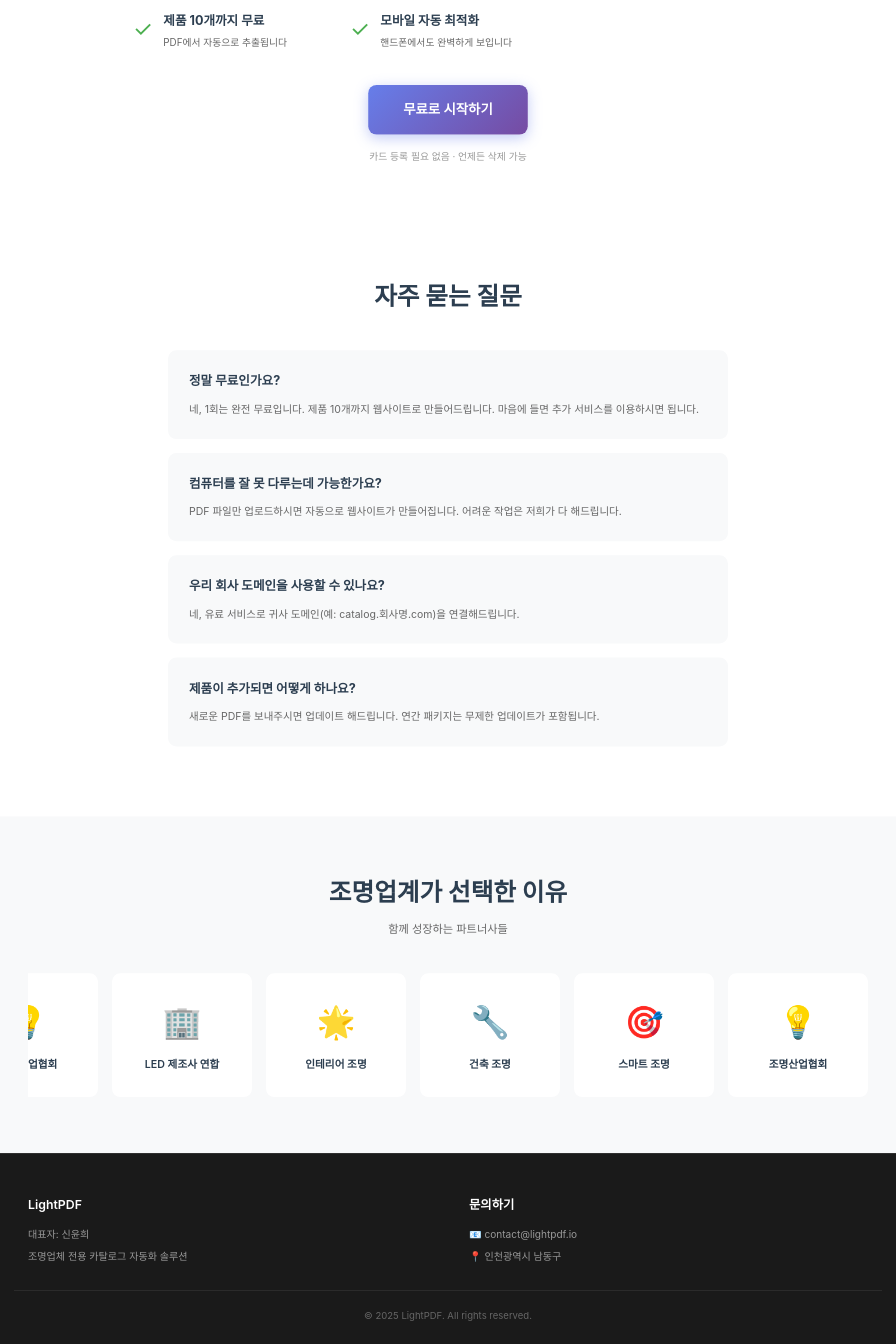
Repository: ororso11/catamaster
Page: frontend/public/index.html
The author's editor kept a copy of each file at every save. The page is drawn from the files as they stood at one save, then again after the next save.
The browser window is 1280 px wide. The pictures show the part of the page from y = 1346 to 3266 px (the page is 3266 px tall before and 3238 px after), at 70% of full size.

Above is the page before, as saved 2025-10-05 19:06:16.

### frontend/public/index.html
<!DOCTYPE html>
<html lang="ko">
<head>
    <meta charset="UTF-8">
    <meta name="viewport" content="width=device-width, initial-scale=1.0">
    <title>LightPDF - 조명업체 전용 카탈로그 자동 웹사이트</title>
    <link rel="stylesheet" href="style.css">
</head>
<body>
    <header>
        <div class="header-container">
            <div class="logo">
                <div class="logo-icon">L</div>
                <span>LightPDF</span>
            </div>
        </div>
    </header>

    <section class="hero">
        <div class="hero-content">
            <h1>PDF 카탈로그를<br>웹사이트로 만들어드립니다</h1>
            <p class="subtitle">조명업체를 위한 가장 쉬운 디지털 전환</p>
            <p class="hero-desc">1회 무료로 경험해보세요. 마음에 드시면 그때 결제하세요.</p>
            <a href="dashboard.html" class="cta-button">지금 무료로 시작하기</a>

            <div class="process-container">
                <div class="process-card">
                    <div class="card-inner card-1">
                        <svg viewBox="0 0 300 180" xmlns="http://www.w3.org/2000/svg">
                            <rect fill="#fafafa" width="300" height="180"/>
                            <rect x="30" y="30" width="240" height="100" rx="8" fill="white" stroke="#ddd" stroke-width="2" stroke-dasharray="6,3"/>
                            <text class="upload-icon" x="150" y="80" text-anchor="middle" font-size="35">📄</text>
                            <text x="150" y="105" text-anchor="middle" fill="#666" font-size="11">PDF 업로드</text>
                            <rect x="120" y="115" width="60" height="20" rx="4" fill="#2196F3"/>
                            <text x="150" y="130" text-anchor="middle" fill="white" font-size="10">파일 선택</text>
                        </svg>
                    </div>
                    <div class="card-description">
                        <h3>1. PDF 올리기</h3>
                        <p>기존 카탈로그 PDF 파일만<br>업로드하시면 됩니다</p>
                    </div>
                </div>

                <div class="process-card">
                    <div class="card-inner card-2">
                        <svg viewBox="0 0 300 180" xmlns="http://www.w3.org/2000/svg">
                            <rect fill="#f5f5f5" width="300" height="180"/>
                            <rect x="30" y="40" width="240" height="45" rx="6" fill="white" stroke="#ddd"/>
                            <rect x="40" y="48" width="28" height="28" rx="3" fill="#e0e0e0"/>
                            <text x="75" y="60" fill="#333" font-size="11">조명카탈로그.pdf</text>
                            <text x="75" y="73" fill="#999" font-size="8">0.31 MB · 자동 변환중</text>
                            <rect x="40" y="105" width="220" height="5" rx="2.5" fill="#e0e0e0"/>
                            <rect class="progress-bar" x="40" y="105" width="0" height="5" rx="2.5" fill="#4CAF50"/>
                            <text class="processing-text" x="150" y="125" text-anchor="middle" fill="#4CAF50" font-size="9">자동 변환 중...</text>
                        </svg>
                    </div>
                    <div class="card-description">
                        <h3>2. 자동 변환</h3>
                        <p>제품 이미지와 정보를<br>자동으로 추출합니다</p>
                    </div>
                </div>

                <div class="process-card">
                    <div class="card-inner card-3">
                        <svg viewBox="0 0 300 180" xmlns="http://www.w3.org/2000/svg">
                            <rect fill="#222" width="300" height="28"/>
                            <text x="150" y="19" text-anchor="middle" fill="white" font-size="11">귀사 조명 카탈로그</text>
                            <rect x="8" y="28" width="284" height="144" fill="#fff"/>
                            <text x="150" y="52" text-anchor="middle" fill="#333" font-size="13" font-weight="bold">제품 목록</text>

                            <g class="product-1">
                                <rect x="25" y="65" width="60" height="85" rx="3" fill="#f5f5f5"/>
                                <rect x="25" y="65" width="60" height="55" rx="3" fill="#e0e0e0"/>
                                <text x="55" y="135" text-anchor="middle" fill="#666" font-size="8">LED 직부등</text>
                            </g>

                            <g class="product-2">
                                <rect x="95" y="65" width="60" height="85" rx="3" fill="#f5f5f5"/>
                                <rect x="95" y="65" width="60" height="55" rx="3" fill="#e0e0e0"/>
                                <text x="125" y="135" text-anchor="middle" fill="#666" font-size="8">매입등</text>
                            </g>

                            <g class="product-3">
                                <rect x="165" y="65" width="60" height="85" rx="3" fill="#f5f5f5"/>
                                <rect x="165" y="65" width="60" height="55" rx="3" fill="#e0e0e0"/>
                                <text x="195" y="135" text-anchor="middle" fill="#666" font-size="8">트랙조명</text>
                            </g>

                            <g class="checkmark">
                                <circle cx="270" cy="50" r="12" fill="#4CAF50"/>
                                <path d="M 265 50 L 268 53 L 275 46" stroke="white" stroke-width="1.5" fill="none"/>
                            </g>
                        </svg>
                    </div>
                    <div class="card-description">
                        <h3>3. 링크 전달</h3>
                        <p>웹사이트 링크를 받아<br>고객에게 바로 공유하세요</p>
                    </div>
                </div>
            </div>
        </div>
    </section>

    <!-- 무료 체험 강조 섹션 -->
    <section class="free-trial">
        <div class="trial-container">
            <div class="trial-content">
                <h2>1회 완전 무료입니다</h2>
                <p class="trial-subtitle">일단 써보고 마음에 들면 그때 결제하세요</p>

                <div class="trial-features">
                    <div class="trial-feature">
                        <div class="trial-icon">✓</div>
                        <div class="trial-text">
                            <h4>제품 10개까지 무료</h4>
                            <p>PDF에서 자동으로 추출됩니다</p>
                        </div>
                    </div>
                    <div class="trial-feature">
                        <div class="trial-icon">✓</div>
                        <div class="trial-text">
                            <h4>모바일 자동 최적화</h4>
                            <p>핸드폰에서도 완벽하게 보입니다</p>
                        </div>
                    </div>
                </div>

                <a href="dashboard.html" class="trial-btn">무료로 시작하기</a>
                <p class="trial-note">카드 등록 필요 없음 · 언제든 삭제 가능</p>
            </div>
        </div>
    </section>

    <!-- FAQ -->
    <section class="faq">
        <div class="faq-container">
            <h2 class="section-title">자주 묻는 질문</h2>

            <div class="faq-list">
                <div class="faq-item">
                    <h4>정말 무료인가요?</h4>
                    <p>네, 1회는 완전 무료입니다. 제품 10개까지 웹사이트로 만들어드립니다. 마음에 들면 추가 서비스를 이용하시면 됩니다.</p>
                </div>

                <div class="faq-item">
                    <h4>컴퓨터를 잘 못 다루는데 가능한가요?</h4>
                    <p>PDF 파일만 업로드하시면 자동으로 웹사이트가 만들어집니다. 어려운 작업은 저희가 다 해드립니다.</p>
                </div>

                <div class="faq-item">
                    <h4>우리 회사 도메인을 사용할 수 있나요?</h4>
                    <p>네, 유료 서비스로 귀사 도메인(예: catalog.회사명.com)을 연결해드립니다.</p>
                </div>

                <div class="faq-item">
                    <h4>제품이 추가되면 어떻게 하나요?</h4>
                    <p>새로운 PDF를 보내주시면 업데이트 해드립니다. 연간 패키지는 무제한 업데이트가 포함됩니다.</p>
                </div>
            </div>
        </div>
    </section>

    <section class="partners">
        <h2 class="section-title">조명업계가 선택한 이유</h2>
        <p class="section-subtitle">함께 성장하는 파트너사들</p>

        <div class="partners-slider">
            <div class="partners-track">
                <div class="partner-card"><div class="partner-logo">💡</div><div class="partner-name">조명산업협회</div></div>
                <div class="partner-card"><div class="partner-logo">🏢</div><div class="partner-name">LED 제조사 연합</div></div>
                <div class="partner-card"><div class="partner-logo">🌟</div><div class="partner-name">인테리어 조명</div></div>
                <div class="partner-card"><div class="partner-logo">🔧</div><div class="partner-name">건축 조명</div></div>
                <div class="partner-card"><div class="partner-logo">🎯</div><div class="partner-name">스마트 조명</div></div>
                <div class="partner-card"><div class="partner-logo">💡</div><div class="partner-name">조명산업협회</div></div>
                <div class="partner-card"><div class="partner-logo">🏢</div><div class="partner-name">LED 제조사 연합</div></div>
                <div class="partner-card"><div class="partner-logo">🌟</div><div class="partner-name">인테리어 조명</div></div>
            </div>
        </div>
    </section>

    <footer>
        <div class="footer-content">
            <div class="footer-section">
                <h3>LightPDF</h3>
                <p>대표자: 신윤희</p>
                <p>조명업체 전용 카탈로그 자동화 솔루션</p>
            </div>
            <div class="footer-section">
                <h3>문의하기</h3>
                <p>📧 contact@lightpdf.io</p>
                <p>📍 인천광역시 남동구</p>
            </div>
        </div>
        <div class="footer-bottom">
            <p>&copy; 2025 LightPDF. All rights reserved.</p>
        </div>
    </footer>
</body>
</html>

### frontend/public/style.css
* {
    margin: 0;
    padding: 0;
    box-sizing: border-box;
}

body {
    font-family: -apple-system, BlinkMacSystemFont, 'Segoe UI', 'Malgun Gothic', sans-serif;
    color: #333;
    line-height: 1.6;
    overflow-x: hidden;
}

/* Header */
header {
    background: white;
    padding: 20px 0;
    box-shadow: 0 2px 5px rgba(0,0,0,0.05);
    position: sticky;
    top: 0;
    z-index: 100;
}

.header-container {
    max-width: 1200px;
    margin: 0 auto;
    padding: 0 20px;
}

.logo {
    display: flex;
    align-items: center;
    gap: 10px;
    font-size: 1.3rem;
    font-weight: 700;
    color: #000;
}

.logo-icon {
    width: 40px;
    height: 40px;
    background: linear-gradient(135deg, #667eea, #764ba2);
    border-radius: 8px;
    display: flex;
    align-items: center;
    justify-content: center;
    color: white;
    font-size: 1.3rem;
}

/* Hero */
.hero {
    background: linear-gradient(135deg, #667eea 0%, #764ba2 100%);
    padding: 80px 20px 100px;
    text-align: center;
}

.hero-content {
    max-width: 1200px;
    margin: 0 auto;
}

.hero h1 {
    font-size: 3rem;
    font-weight: 800;
    margin-bottom: 15px;
    color: white;
    line-height: 1.3;
}

.subtitle {
    font-size: 1.4rem;
    color: rgba(255, 255, 255, 0.95);
    margin-bottom: 15px;
    font-weight: 600;
}

.hero-desc {
    font-size: 1.1rem;
    color: rgba(255, 255, 255, 0.9);
    margin-bottom: 35px;
}

.cta-button {
    display: inline-block;
    padding: 18px 45px;
    background: white;
    color: #667eea;
    text-decoration: none;
    border-radius: 10px;
    font-weight: 700;
    font-size: 1.1rem;
    transition: all 0.3s;
    box-shadow: 0 5px 20px rgba(0, 0, 0, 0.2);
    margin-bottom: 60px;
}

.cta-button:hover {
    transform: translateY(-3px);
    box-shadow: 0 8px 25px rgba(0, 0, 0, 0.3);
}

/* 프로세스 */
.process-container {
    margin-top: 70px;
    display: grid;
    grid-template-columns: repeat(3, 1fr);
    gap: 35px;
    max-width: 1200px;
    margin-left: auto;
    margin-right: auto;
}

.process-card {
    text-align: center;
}

.card-inner {
    background: white;
    border-radius: 16px;
    padding: 25px;
    box-shadow: 0 10px 40px rgba(0, 0, 0, 0.2);
    margin-bottom: 20px;
    transition: all 0.4s cubic-bezier(0.175, 0.885, 0.32, 1.275);
}

.card-1 {
    border: 3px solid #2196F3;
}

.card-2 {
    border: 3px solid #4CAF50;
}

.card-3 {
    border: 3px solid #FF9800;
}

.card-inner:hover {
    transform: translateY(-12px) scale(1.03);
    box-shadow: 0 20px 60px rgba(0, 0, 0, 0.3);
}

.card-inner svg {
    width: 100%;
    height: auto;
}

.card-description {
    background: rgba(255, 255, 255, 0.2);
    border-radius: 14px;
    padding: 22px;
    backdrop-filter: blur(12px);
}

.card-description h3 {
    color: white;
    font-size: 22px;
    font-weight: 800;
    margin-bottom: 10px;
}

.card-description p {
    color: rgba(255, 255, 255, 0.95);
    font-size: 15px;
    line-height: 1.6;
}

/* 애니메이션 */
.card-1:hover .upload-icon {
    animation: bounce 1s ease-in-out infinite;
}

@keyframes bounce {
    0%, 100% { transform: translateY(0); }
    50% { transform: translateY(-10px); }
}

.progress-bar {
    animation: fillProgress 2.5s ease-in-out infinite;
}

@keyframes fillProgress {
    0% { width: 0; }
    50% { width: 220px; }
    100% { width: 0; }
}

.processing-text {
    animation: blink 1.5s ease-in-out infinite;
}

@keyframes blink {
    0%, 100% { opacity: 0.3; }
    50% { opacity: 1; }
}

.product-1, .product-2, .product-3 {
    opacity: 0;
    animation: fadeIn 3s ease-in-out infinite;
}

.product-1 {
    animation-delay: 0s;
}

.product-2 {
    animation-delay: 0.4s;
}

.product-3 {
    animation-delay: 0.8s;
}

.checkmark {
    opacity: 0;
    animation: fadeIn 3s ease-in-out infinite;
    animation-delay: 1.5s;
}

@keyframes fadeIn {
    0%, 100% { opacity: 0; }
    30%, 70% { opacity: 1; }
}

/* 무료 체험 섹션 */
.free-trial {
    padding: 80px 20px;
    background: white;
}

.trial-container {
    max-width: 900px;
    margin: 0 auto;
    text-align: center;
}

.trial-content h2 {
    font-size: 2.5rem;
    font-weight: 800;
    color: #2c3e50;
    margin-bottom: 15px;
}

.trial-subtitle {
    font-size: 1.2rem;
    color: #666;
    margin-bottom: 50px;
}

.trial-features {
    display: grid;
    grid-template-columns: repeat(3, 1fr);
    gap: 30px;
    margin-bottom: 50px;
    text-align: left;
}

.trial-feature {
    display: flex;
    gap: 15px;
}

.trial-icon {
    font-size: 32px;
    color: #4CAF50;
    flex-shrink: 0;
}

.trial-text h4 {
    font-size: 18px;
    font-weight: 700;
    color: #2c3e50;
    margin-bottom: 5px;
}

.trial-text p {
    font-size: 14px;
    color: #666;
}

.trial-btn {
    display: inline-block;
    padding: 20px 50px;
    background: linear-gradient(135deg, #667eea, #764ba2);
    color: white;
    text-decoration: none;
    border-radius: 12px;
    font-weight: 700;
    font-size: 1.2rem;
    transition: all 0.3s;
    box-shadow: 0 5px 20px rgba(102, 126, 234, 0.4);
}

.trial-btn:hover {
    transform: translateY(-3px);
    box-shadow: 0 8px 30px rgba(102, 126, 234, 0.5);
}

.trial-note {
    margin-top: 20px;
    font-size: 14px;
    color: #999;
}

/* 유료 서비스 */
.paid-services {
    padding: 80px 20px;
    background: #f8f9fa;
}

.services-container {
    max-width: 1200px;
    margin: 0 auto;
}

.section-title {
    text-align: center;
    font-size: 2.2rem;
    color: #2c3e50;
    margin-bottom: 12px;
    font-weight: 700;
}

.section-subtitle {
    text-align: center;
    color: #666;
    margin-bottom: 50px;
    font-size: 1rem;
}

.services-grid {
    display: grid;
    grid-template-columns: repeat(4, 1fr);
    gap: 25px;
    margin-bottom: 60px;
}

.service-card {
    background: white;
    padding: 35px 25px;
    border-radius: 12px;
    text-align: center;
    box-shadow: 0 3px 15px rgba(0,0,0,0.08);
    transition: all 0.3s;
}

.service-card:hover {
    transform: translateY(-5px);
    box-shadow: 0 8px 25px rgba(0,0,0,0.12);
}

.service-icon {
    font-size: 48px;
    margin-bottom: 20px;
}

.service-card h3 {
    font-size: 18px;
    font-weight: 700;
    color: #2c3e50;
    margin-bottom: 12px;
}

.service-card p {
    font-size: 14px;
    color: #666;
    margin-bottom: 20px;
    line-height: 1.5;
}

.service-price {
    font-size: 20px;
    font-weight: 700;
    color: #667eea;
}

/* 패키지 */
.package-offer {
    max-width: 700px;
    margin: 0 auto;
}

.package-card {
    background: linear-gradient(135deg, #667eea, #764ba2);
    padding: 50px;
    border-radius: 16px;
    text-align: center;
    color: white;
    position: relative;
    box-shadow: 0 10px 40px rgba(102, 126, 234, 0.3);
}

.package-badge {
    position: absolute;
    top: -15px;
    left: 50%;
    transform: translateX(-50%);
    background: #FF9800;
    padding: 8px 24px;
    border-radius: 20px;
    font-weight: 700;
    font-size: 14px;
}

.package-card h3 {
    font-size: 28px;
    font-weight: 800;
    margin-bottom: 15px;
}

.package-card p {
    font-size: 16px;
    margin-bottom: 30px;
    opacity: 0.95;
}

.package-price {
    margin-bottom: 30px;
}

.price-main {
    display: block;
    font-size: 42px;
    font-weight: 800;
    margin-bottom: 8px;
}

.price-sub {
    font-size: 16px;
    opacity: 0.9;
}

.package-btn {
    display: inline-block;
    padding: 16px 40px;
    background: white;
    color: #667eea;
    text-decoration: none;
    border-radius: 10px;
    font-weight: 700;
    font-size: 16px;
    transition: all 0.3s;
}

.package-btn:hover {
    transform: translateY(-2px);
    box-shadow: 0 5px 20px rgba(255,255,255,0.3);
}

/* FAQ */
.faq {
    padding: 80px 20px;
    background: white;
}

.faq-container {
    max-width: 800px;
    margin: 0 auto;
}

.faq-list {
    margin-top: 50px;
}

.faq-item {
    background: #f8f9fa;
    padding: 30px;
    border-radius: 12px;
    margin-bottom: 20px;
}

.faq-item h4 {
    font-size: 18px;
    font-weight: 700;
    color: #2c3e50;
    margin-bottom: 12px;
}

.faq-item p {
    font-size: 15px;
    color: #666;
    line-height: 1.7;
}

/* Partners */
.partners {
    padding: 80px 20px;
    background: #f8f9fa;
    overflow: hidden;
}

.partners-slider {
    max-width: 1200px;
    margin: 0 auto;
    overflow: hidden;
}

.partners-track {
    display: flex;
    gap: 20px;
    animation: scroll 30s linear infinite;
}

@keyframes scroll {
    0% { transform: translateX(0); }
    100% { transform: translateX(-50%); }
}

.partner-card {
    min-width: 200px;
    background: white;
    padding: 35px 20px;
    border-radius: 12px;
    text-align: center;
    flex-shrink: 0;
}

.partner-logo {
    font-size: 2.8rem;
    margin-bottom: 12px;
}

.partner-name {
    font-weight: 600;
    color: #2c3e50;
    font-size: 0.95rem;
}

/* Footer */
footer {
    background: #1a1a1a;
    color: #999;
    padding: 60px 20px 30px;
}

.footer-content {
    max-width: 1200px;
    margin: 0 auto;
    display: grid;
    grid-template-columns: repeat(2, 1fr);
    gap: 60px;
    margin-bottom: 30px;
}

.footer-section h3 {
    margin-bottom: 15px;
    font-size: 1.1rem;
    color: white;
    font-weight: 600;
}

.footer-section p {
    color: #999;
    font-size: 0.9rem;
    margin-bottom: 8px;
}

.footer-bottom {
    text-align: center;
    padding-top: 25px;
    border-top: 1px solid #333;
    color: #666;
    font-size: 0.85rem;
}

/* 반응형 */
@media (max-width: 768px) {
    .hero h1 {
        font-size: 2rem;
    }

    .process-container {
        grid-template-columns: 1fr;
        gap: 40px;
    }

    .trial-features {
        grid-template-columns: 1fr;
    }

    .services-grid {
        grid-template-columns: 1fr;
    }

    .footer-content {
        grid-template-columns: 1fr;
    }
}

After the next save:
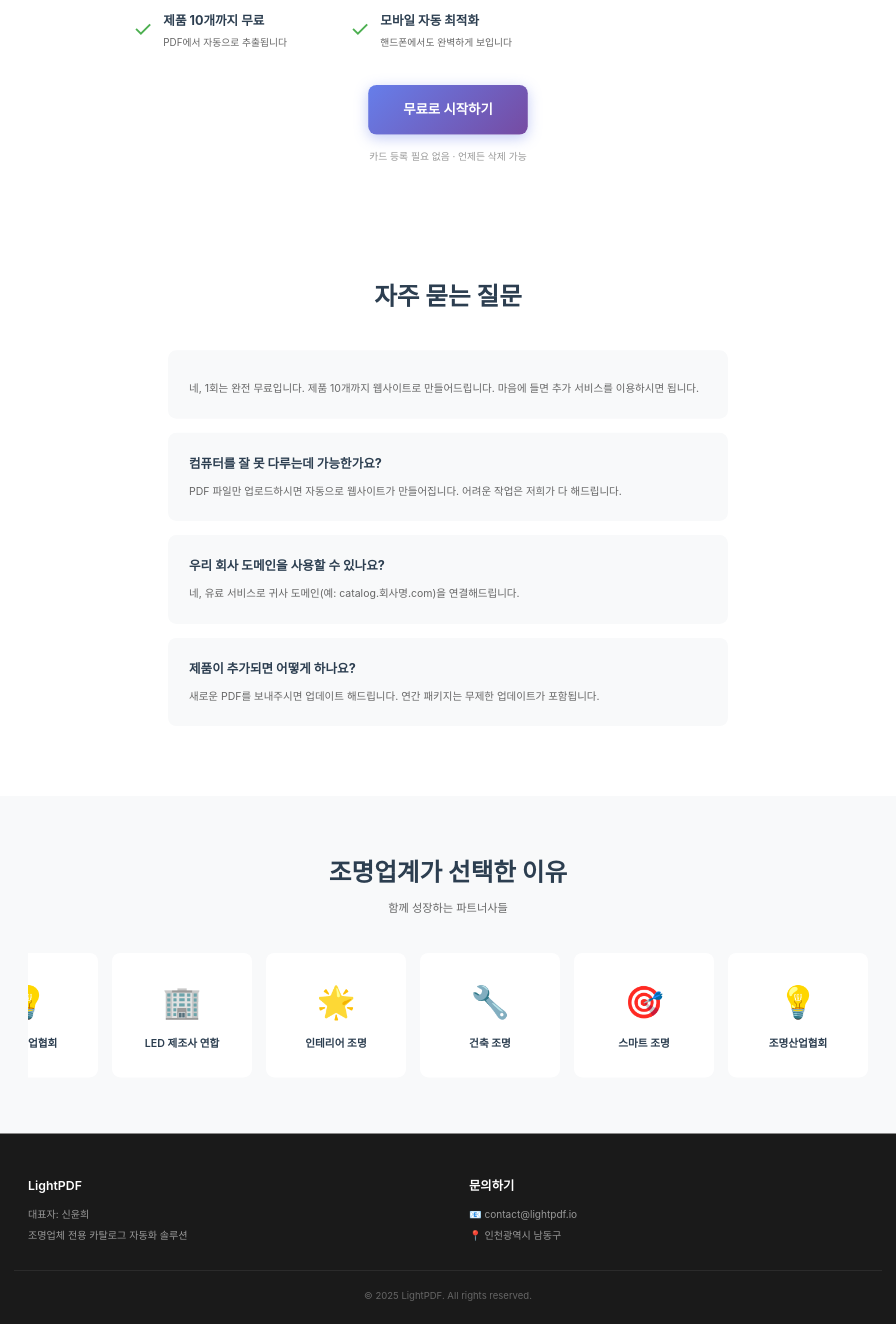
Saved 22 s later.
--- a/frontend/public/index.html
+++ b/frontend/public/index.html
@@ -138,7 +138,7 @@
 
             <div class="faq-list">
                 <div class="faq-item">
-                    <h4>정말 무료인가요?</h4>
+                    <h4></h4>
                     <p>네, 1회는 완전 무료입니다. 제품 10개까지 웹사이트로 만들어드립니다. 마음에 들면 추가 서비스를 이용하시면 됩니다.</p>
                 </div>
 
